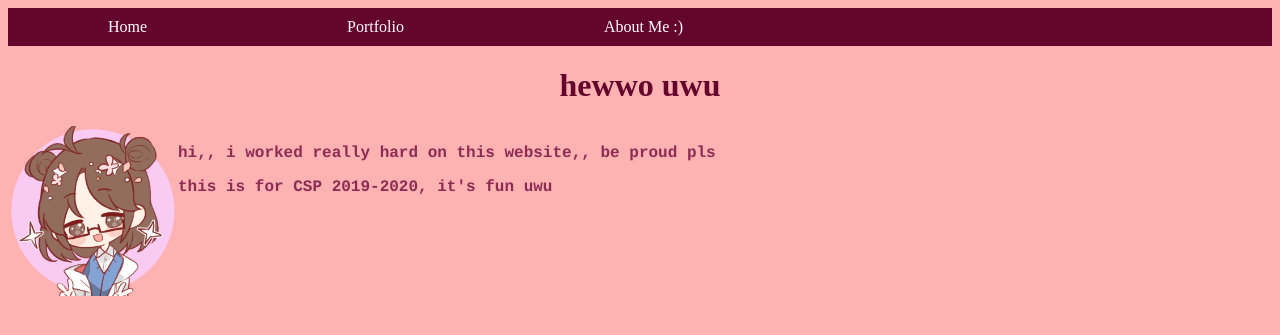
Repository: ycano1934/ycano1934.github.io
Page: my_website/about.html
The author's editor kept a record of every edit. The page is drawn from the files as they stood at one moment, then again after the next edit.
The browser window is 1280 px wide. The pictures show the whole page.

Above is the page before.

### my_website/about.html
<!doctype html>
	<html lang="en">
	  <head>
	    <meta charset="utf-8">
	    <meta name="viewport" content="width=device-width, initial-scale=1.0">
	    <title>About</title>
	  </head>


  <style>
#header {
  font-family:comic sans ms;
  color:rgb(100, 5, 45);
}

#paragraphlook {
    font-family:courier;
    color:rgb(140, 43, 83);
}

 body {background-color:rgb(255, 178, 178);
 }


ul {
  list-style-type: none;
  margin: 0;
  padding: 0;
  overflow: hidden;
  background-color: rgb(100, 5, 45);
}

li {
  float: left;
}

li a {
  display: inline-block;
  color: white; /* text color */
  font-family:comic sans ms;
  text-align: center;
  padding: 10px 100px;
  text-decoration: none;
  background-color: rgb(100, 5, 45)
}

li a:hover {
  background-color: rgb(155, 51, 93);
}

  </style>


    <body>
        <ul>
    <li><a href="index.html">Home</a></li>
    <li><a href="portfolio.html">Portfolio</a></li>
    <li><a href="about.html">About Me :)</a></li>
        </ul>

        <h1 id="header" style="text-align:center;">hewwo uwu</h1>


        <p id="paragraphlook">
          <img src="images/avatar.png" height="170" width="170" style="float:left;"><br>
            <strong>hi,, i worked really hard on this website,, be proud pls</strong></p>
        <p id="paragraphlook"><strong>this is for CSP 2019-2020, it's fun uwu</strong></p>

    </body>
	</html>

After the next edit:
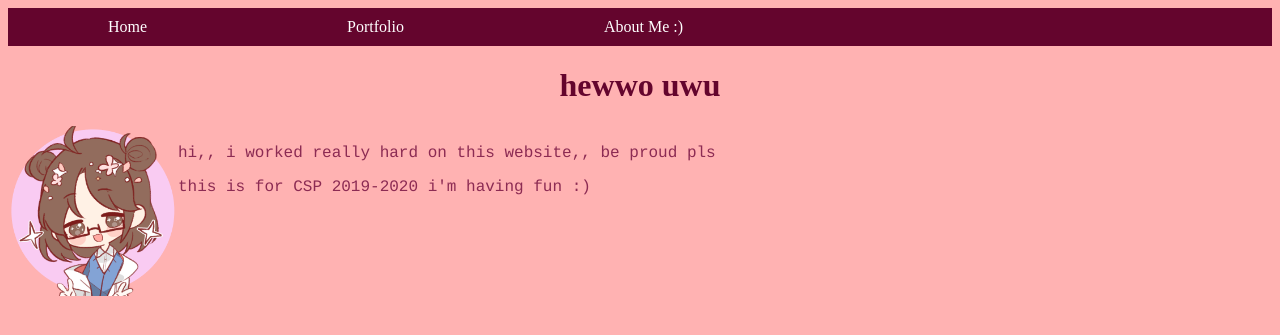
The edit:
--- a/my_website/about.html
+++ b/my_website/about.html
@@ -63,8 +63,8 @@
 
         <p id="paragraphlook">
           <img src="images/avatar.png" height="170" width="170" style="float:left;"><br>
-            <strong>hi,, i worked really hard on this website,, be proud pls</strong></p>
-        <p id="paragraphlook"><strong>this is for CSP 2019-2020, it's fun uwu</strong></p>
+            hi,, i worked really hard on this website,, be proud pls</p>
+        <p id="paragraphlook">this is for CSP 2019-2020 i'm having fun :)</p>
 
     </body>
 	</html>
